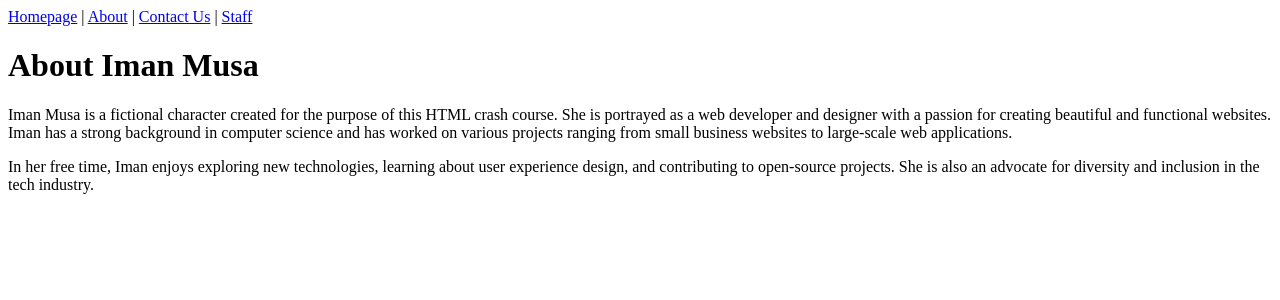
Repository: ficotims/HTML-RESTART
Page: about.html
An editor plug-in stored every save of this project. The page is shown before and after the next save, followed by the edit.
The browser window is 1280 px wide. The pictures show the whole page.

Above is the page before, as saved 2026-02-07 18:42:27.

### about.html
<!doctype html>
<html lang="en">
  <head>
    <meta charset="UTF-8" />
    <meta http-equiv="X-UA-Compatible" content="IE=edge" />
    <meta name="viewport" content="width=device-width, initial-scale=1.0" />
    <title>About Iman Musa</title>
  </head>
  <body>
    <!-- NAVIGATION SECTION -->
    <a href="Homepage.html" target="_top">Homepage</a> |
    <a href="about.html">About</a> | <a href="Contact us.html">Contact Us</a> |
    <a href="staff.html">Staff</a>

    <h1>About Iman Musa</h1>
    <p>
      Iman Musa is a fictional character created for the purpose of this HTML
      crash course. She is portrayed as a web developer and designer with a
      passion for creating beautiful and functional websites. Iman has a strong
      background in computer science and has worked on various projects ranging
      from small business websites to large-scale web applications.
    </p>
    <p>
      In her free time, Iman enjoys exploring new technologies, learning about
      user experience design, and contributing to open-source projects. She is
      also an advocate for diversity and inclusion in the tech industry.
    </p>
  </body>
</html>

After the next save:
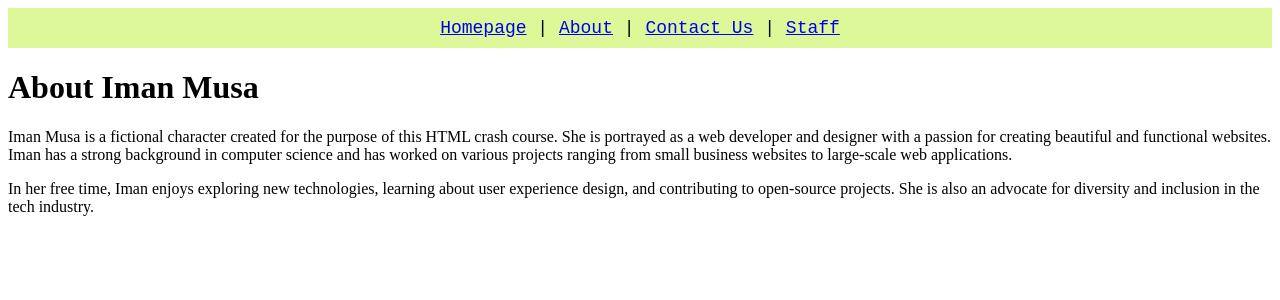
Saved 2 min 17 s later.
--- a/about.html
+++ b/about.html
@@ -8,9 +8,11 @@
   </head>
   <body>
     <!-- NAVIGATION SECTION -->
+   <div style="background-color: rgb(220, 248, 153); padding: 10px; text-align: center; font-size: 18px; font-family: monospace, Lemon milk;">
     <a href="Homepage.html" target="_top">Homepage</a> |
     <a href="about.html">About</a> | <a href="Contact us.html">Contact Us</a> |
     <a href="staff.html">Staff</a>
+     </div>
 
     <h1>About Iman Musa</h1>
     <p>
